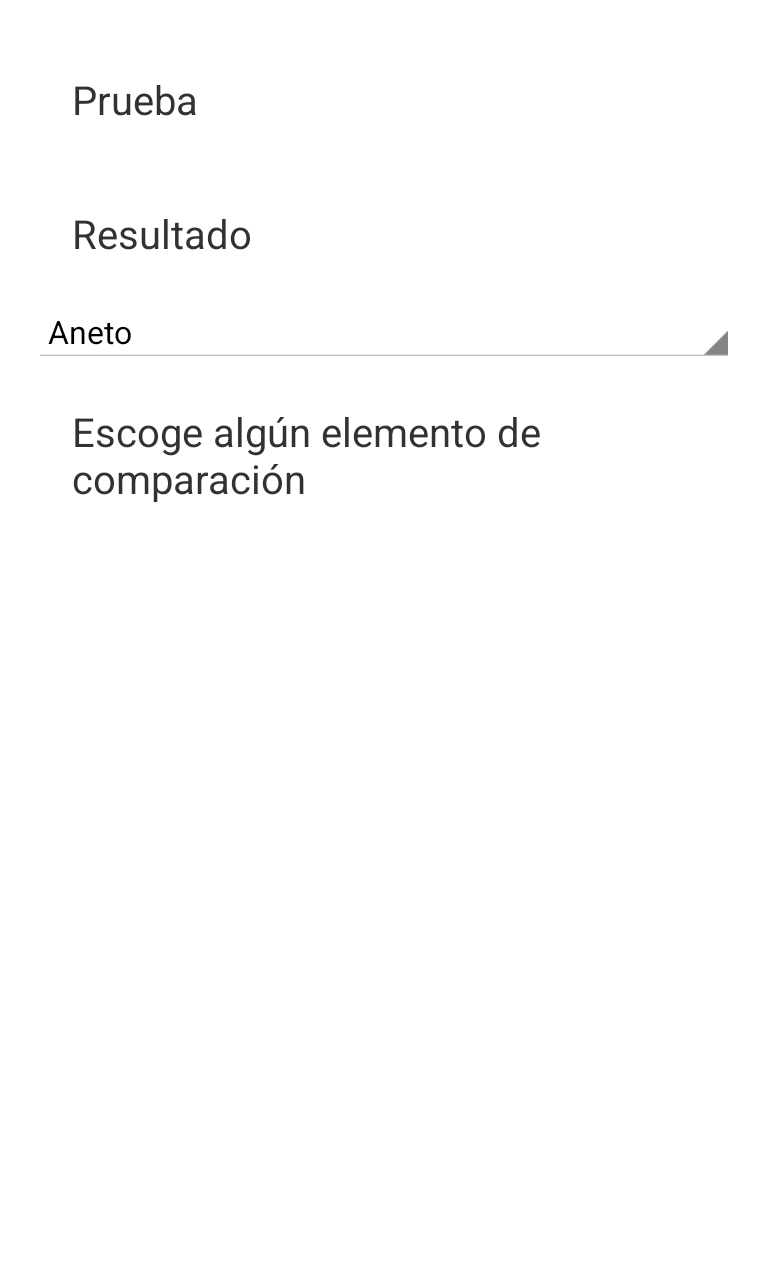
Repository: Jumax9/myPersonalNewton
Layout: MyPersonalNewton/res/layout/result.xml
The author's editor kept a copy of each file at every save. The layout is drawn from the files as they stood at one save, then again after a run of saves.
It is drawn on a 768 x 1280 px phone screen (xhdpi) without system bars, with theme AppTheme; the app's code is not run.

Above is the layout before, as saved 2014-03-15 01:45:40.

After the next 2 saves:
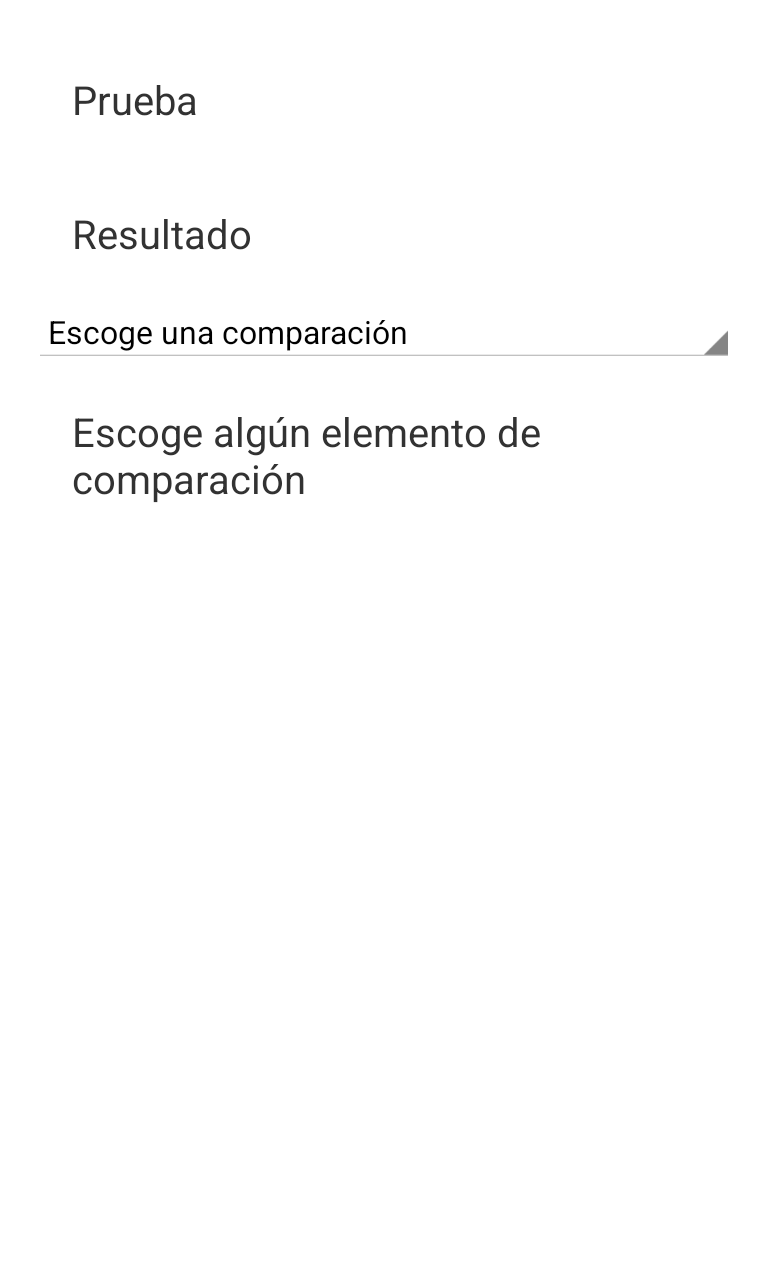
The 2 saves are shown as one change because they came seconds apart.
The last was saved 48 s later.
--- a/MyPersonalNewton/res/values/strings.xml
+++ b/MyPersonalNewton/res/values/strings.xml
@@ -26,9 +26,10 @@
         <item>8 - Neptuno</item>
     </string-array>
 
-    <string name="ooparts_prompt">Elige una comparación</string>
+    <string name="ooparts_prompt"></string>
 
     <string-array name="ooparts_array">
+        <item>Escoge una comparación</item>
         <item>Aneto</item>
         <item>Calvitero</item>
         <item>Mulhacén</item>
